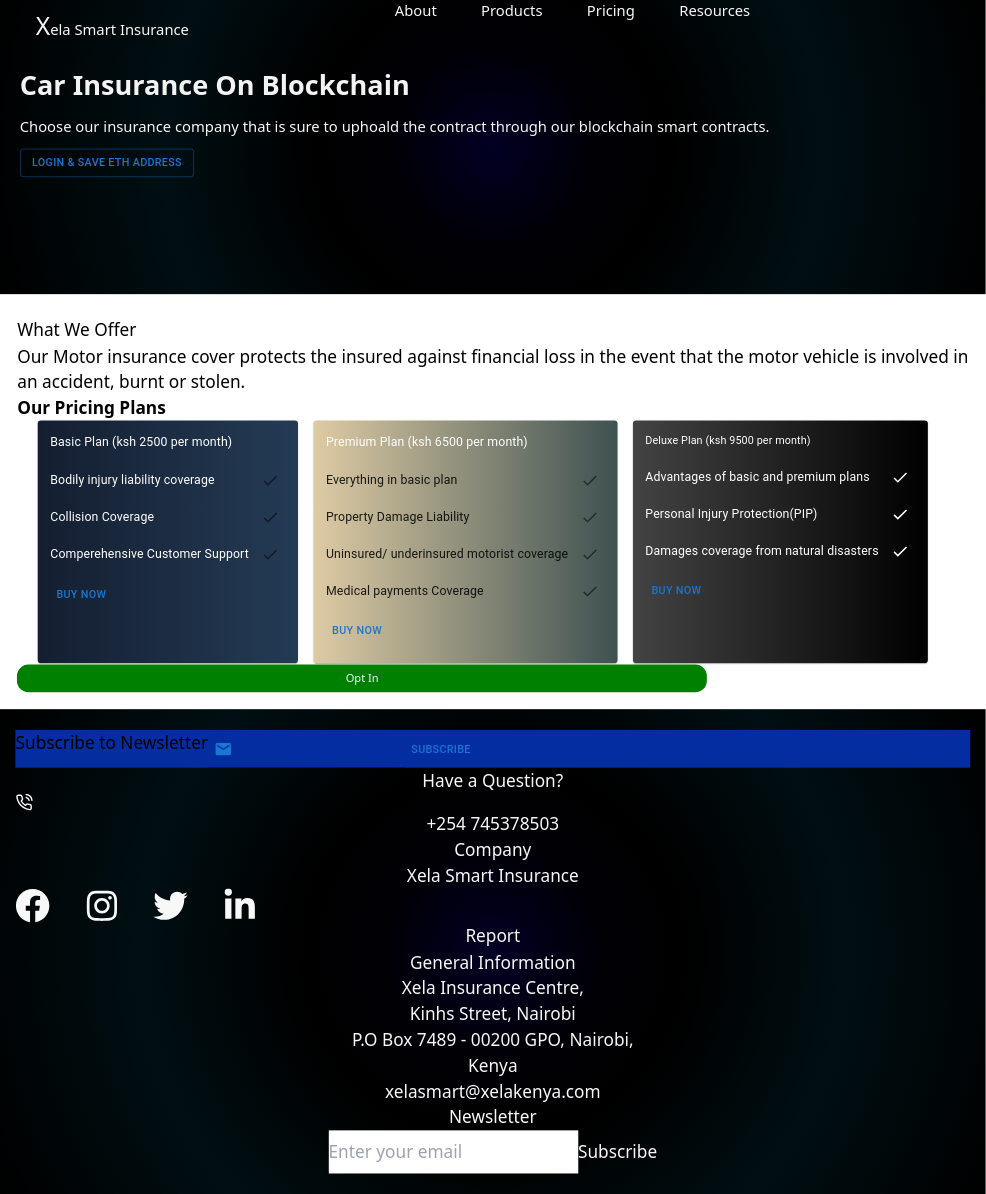
Repository: ALVIN-OBONYO/Xela-smart_insuarance
Page: / (app in frontend/)
The author's editor kept a copy of each file at every save. The page is drawn from the files as they stood at one save, then again after the next save.
The browser window is 1280 px wide. The pictures show the whole page, at 77% of full size.
The project was rebuilt for these pictures with package versions that can differ from the ones it lists, and the page was loaded fresh each time. Also part of the build but not shown: frontend/src/Pages/Policies.jsx, frontend/src/Components/Calendar.css, frontend/src/Components/Calendar.jsx, frontend/src/Components/Input.js, frontend/src/Components/Upload.css, frontend/src/Components/Upload.js, frontend/src/Pages/ReportForm.jsx, frontend/src/Pages/Report.jsx and 2 more.

Above is the page before, as saved 2022-10-04 08:10:38.

After the next save:
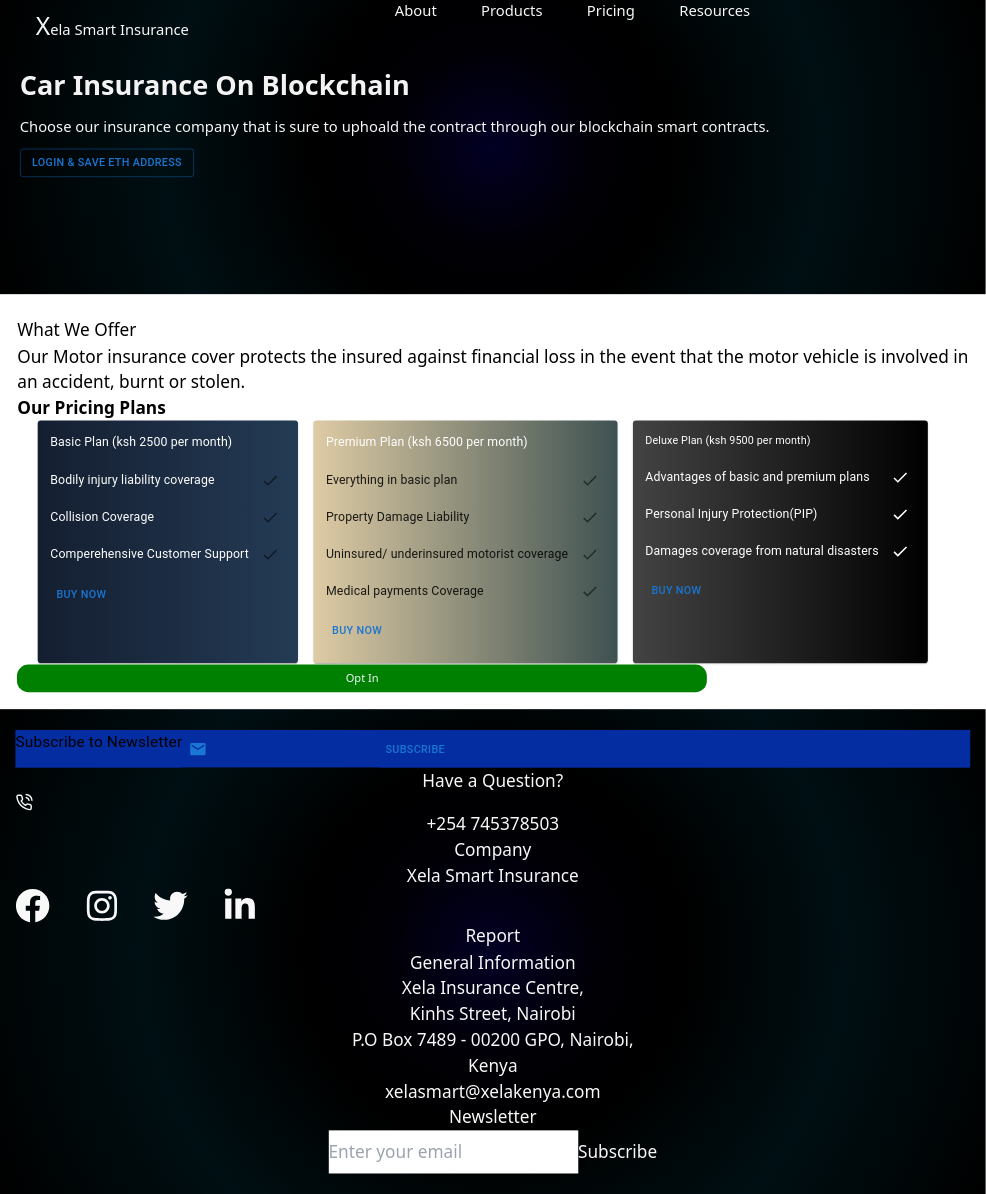
Saved 98 s later.
--- a/frontend/src/Pages/Entrypage.jsx
+++ b/frontend/src/Pages/Entrypage.jsx
@@ -119,7 +119,7 @@ const Entrypage = () => {
         </div>
         <div id="land-footer">
             <div className="news-mail">
-                <h2>Subscribe to Newsletter</h2>
+                <Typography sx={{fontSize: 20}}>Subscribe to Newsletter</Typography>
 
                      <TextField
                        variant="standard"
